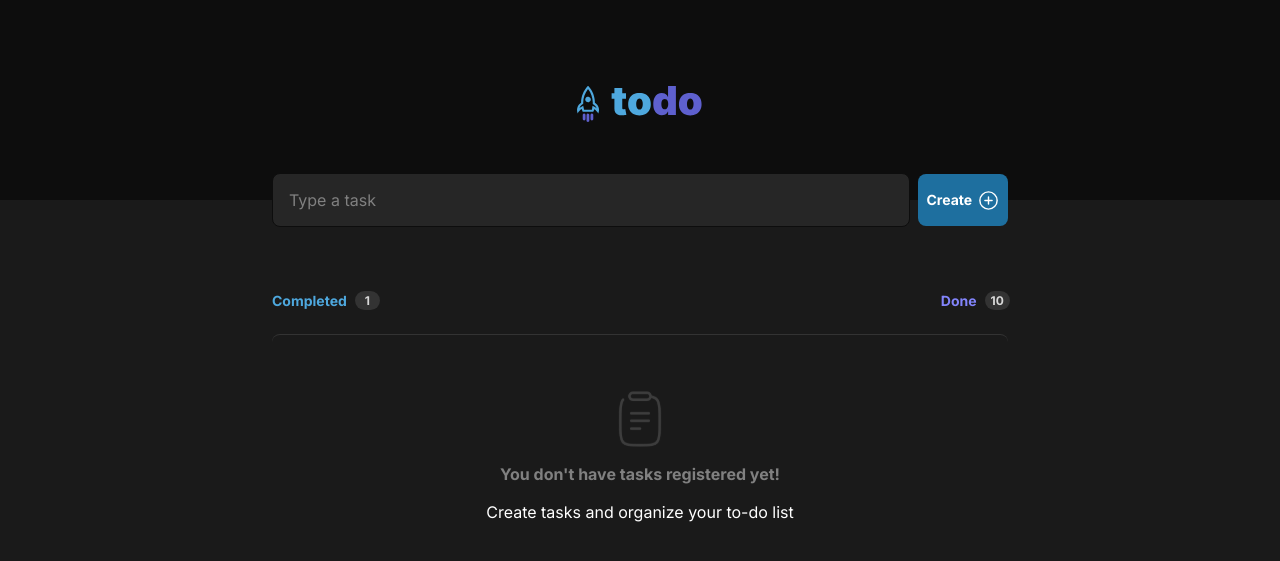
Repository: JoseGu1llardi/to-do-list-D01
Page: /
An editor plug-in stored every save of this project. The page is shown before and after the next save, followed by the edit.
The browser window is 1280 px wide. The pictures show the whole page.
The project was rebuilt for these pictures with package versions that can differ from the ones it lists, and the page was loaded fresh each time. Also part of the build but not shown: vite.config.ts.

Above is the page before, as saved 2023-03-11 19:21:58.

### index.html
<!DOCTYPE html>
<html lang="en">
  <head>
    <meta charset="UTF-8" />

    <link rel="preconnect" href="https://fonts.googleapis.com" />
    <link rel="preconnect" href="https://fonts.gstatic.com" crossorigin />

    <link
      href="https://fonts.googleapis.com/css2?family=Inter:wght@400;700&display=swap"
      rel="stylesheet"
    />

    <link rel="icon" type="image/svg+xml" href="/vite.svg" />
    <meta name="viewport" content="width=device-width, initial-scale=1.0" />
    <title>Vite + React + TS</title>
  </head>
  <body>
    <div id="root"></div>
    <script type="module" src="/src/main.tsx"></script>
  </body>
</html>

### src/App.tsx
import { Header } from "./components/Header"

import styles from './App.module.css';

import "./global.css"
import { Input } from "./components/Input";
import { Button } from "./components/Button";
import { Tasks } from "./components/Tasks";

function App() {
  return (
    <>
      <Header />

      <div className={styles.newTaskContainer}>
        <Input />
        <Button />
      </div>

      <div className={styles.tasksContainer}>
        <Tasks />
      </div>
    </>
  )
}

export default App

### src/components/Header/index.tsx
import Logo from '../../assets/Logo (1).svg'

import styles from './styles.module.css';

export function Header() {
    return (
        <header className={styles.container}>
            <img src={Logo} />
        </header>
    )
}

### src/App.module.css
.newTaskContainer {
  display: flex;
  flex-direction: row;
  align-items: center;
  padding: 0px;
  gap: 8px;

  position: absolute;
  width: 46rem;
  height: 3.375rem;
  left: calc(50% - 736px / 2);
  top: 10.8125rem;
}

.tasksContainer {
  display: flex;
  flex-direction: column;
  align-items: flex-start;
  padding: 0px;
  gap: 24px;

  position: absolute;
  width: 736px;
  height: 287px;
  left: calc(50% - 736px / 2);
  top: 291px;
}

### src/global.css
:root {
  // Base
  --gray-100: #f2f2f2;
  --gray-200: #d9d9d9;
  --gray-300: #808080;
  --gray-400: #333333;
  --gray-500: #262626;
  --gray-600: #1a1a1a;
  --gray-700: #0d0d0d;

  --danger: #e25858;

  // Product
  --purple: #8284fa;
  --dark-purple: #5e60ce;
  --blue: #4ea8de;
  --dark-blue: #1e6f9f;
}

* {
  margin: 0;
  padding: 0;
  box-sizing: border-box;
}

body {
  color: #fff;
  background: var(--gray-600);

  width: 100%;
  height: 100%;
  max-height: 1024px;
  position: relative;
}

body,
input,
textarea,
button {
  font-family: "Inter", sans-serif;
  font-weight: 400;
  font-size: 1rem;
}

### src/components/Input/index.tsx
import styles from './styles.module.css';

export function Input() {
    return (
        <input
            type="text"
            className={styles.input}
            placeholder='Type a task'
        />
    )
}

### src/components/Button/index.tsx
import { PlusCircle } from '@phosphor-icons/react'

import styles from './styles.module.css';

export function Button() {
    return (
        <button className={styles.button}>
            <span>Create</span>
            <PlusCircle size={23} />
        </button>
    )
}

### src/components/Tasks/index.tsx
import Clipboard from '../../assets/Clipboard.svg';

import styles from './styles.module.css';

export function Tasks() {
    return (
        <>
            <section className={styles.info}>

                <div className={styles.created}>
                    <span>Completed</span>
                    <div className={styles.counter}>
                        <p>1</p>
                    </div>
                </div>

                <div className={styles.done}>
                    <span>Done</span>
                    <div className={styles.counter}>
                        <p>10</p>
                    </div>
                </div>

            </section>

            <section className={styles.tasks}>
                <img src={Clipboard} alt="" />
                <strong>You don't have tasks registered yet!</strong>
                <span>Create tasks and organize your to-do list</span>
            </section>
        </>
    )
}

### src/components/Header/styles.module.css
.container {
  position: absolute;
  height: 12.5rem;
  max-width: 100%;
  left: 0;
  right: 0;
  top: 0;

  display: flex;
  align-items: center;
  justify-content: center;

  background: var(--gray-700);
}

.container img {
  position: absolute;
  width: 7.875rem;
  height: 3rem;
}

### src/components/Input/styles.module.css
.input {
  box-sizing: border-box;

  display: flex;
  flex-direction: row;
  align-items: center;
  padding: 16px;
  gap: 8px;

  width: 638px;
  height: 54px;

  background: var(--gray-500);
  color: #fff;

  border: 1px solid var(--gray-700);
  border-radius: 8px;

  flex: none;
  order: 0;
  flex-grow: 1;
}

.input::placeholder {
  color: var(--gray-300);
}

### src/components/Button/styles.module.css
.button {
  width: 90px;
  height: 52px;

  display: flex;
  flex-direction: row;
  align-items: center;
  justify-content: center;
  gap: 16px;

  border: 0;
  border-radius: 8px;

  background: var(--dark-blue);
  color: white;
}

.button span {
  width: 34px;
  height: 20px;

  font-weight: 700;
  font-size: 14px;
  line-height: 140%;

  color: var(--gray-100);

  flex: none;
  order: 0;
  flex-grow: 0;
}

.button img {
  width: 16px;
  height: 16px;

  flex: none;
  order: 1;
  flex-grow: 0;
}

### src/components/Tasks/styles.module.css
.info {
  display: flex;
  flex-direction: row;
  justify-content: space-between;
  align-items: flex-end;
  padding: 0px;
  gap: 561px;

  width: 736px;
  height: 19px;

  flex: none;
  order: 0;
  align-self: stretch;
  flex-grow: 0;
}

.created {
  display: flex;
  flex-direction: row;
  align-items: center;
  padding: 0px;
  gap: 8px;

  width: 139px;
  height: 19px;

  order: 0;
  flex-grow: 0;
}

.created span {
  font-family: "Inter";
  font-style: normal;
  font-weight: 700;
  font-size: 14px;
  line-height: 17px;

  color: var(--blue);

  flex: none;
  order: 0;
  flex-grow: 0;
}

.counter {
  display: flex;
  flex-direction: row;
  justify-content: center;
  align-items: center;
  padding: 2px 8px;
  gap: 10px;

  width: 25px;
  height: 19px;

  background: #333333;
  border-radius: 999px;

  order: 1;
  flex-grow: 0;
}

.counter p {
  font-style: normal;
  font-weight: 700;
  font-size: 12px;
  line-height: 15px;

  color: var(--gray-200);

  order: 1;
  flex-grow: 0;
}

.done {
  display: flex;
  flex-direction: row;
  align-items: center;
  padding: 0px;
  gap: 8px;

  width: 111px;
  height: 19px;
  right: -200;

  order: 1;
  flex-grow: 0;
}

.done span {
  font-family: "Inter";
  font-style: normal;
  font-weight: 700;
  font-size: 14px;
  line-height: 17px;

  color: #8284fa;

  flex: none;
  order: 0;
  flex-grow: 0;
}

.tasks {
  box-sizing: border-box;

  display: flex;
  flex-direction: column;
  justify-content: center;
  align-items: center;
  padding: 64px 24px;
  gap: 16px;

  width: 736px;
  height: 244px;

  border-top: 1px solid #333333;
  border-radius: 8px;

  flex: none;
  order: 1;
  align-self: stretch;
  flex-grow: 0;
}

.tasks img {
  width: 56px;
  height: 56px;

  flex: none;
  order: 0;
  flex-grow: 0;
}

.tasks strong {
  display: block;
  font-style: normal;
  font-weight: 700;
  font-size: 16px;
  line-height: 140%;

  text-align: center;

  color: var(--gray-300);

  flex: none;
  align-self: stretch;
  flex-grow: 0;
}

.tasks span {
  font-style: normal;
  font-weight: 300;
  font-size: 16px;

  text-align: center;
}

Loaded but not shown: src/main.tsx (common file)

After the next save:
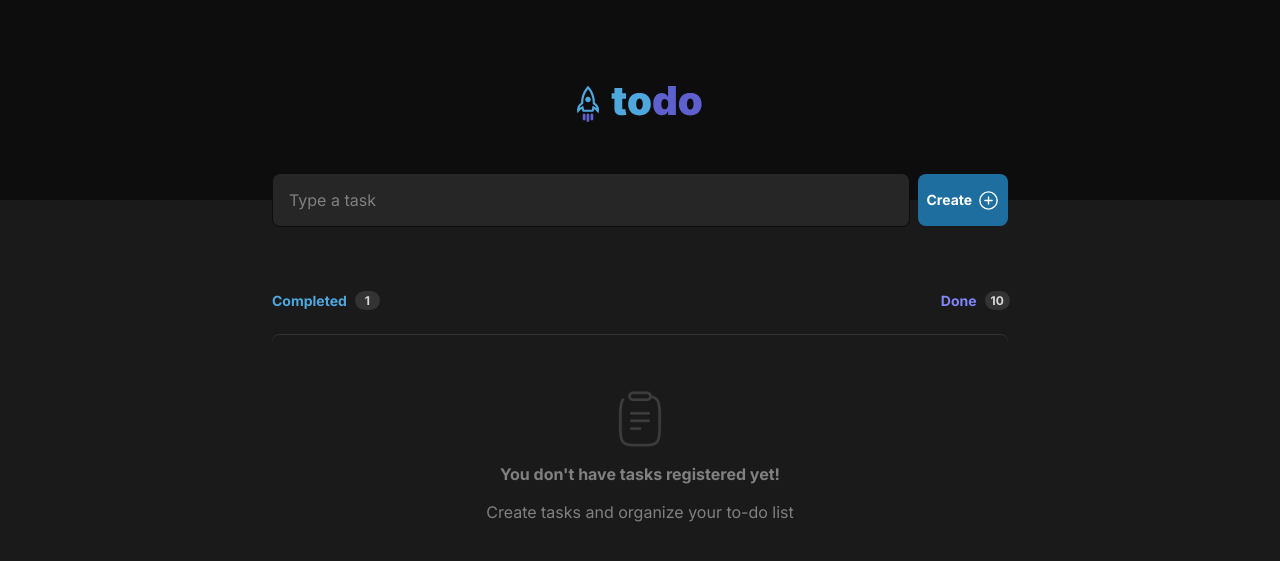
Saved 12 s later.
--- a/src/components/Tasks/styles.module.css
+++ b/src/components/Tasks/styles.module.css
@@ -155,4 +155,6 @@
   font-size: 16px;
 
   text-align: center;
+
+  color: var(--gray-300);
 }
